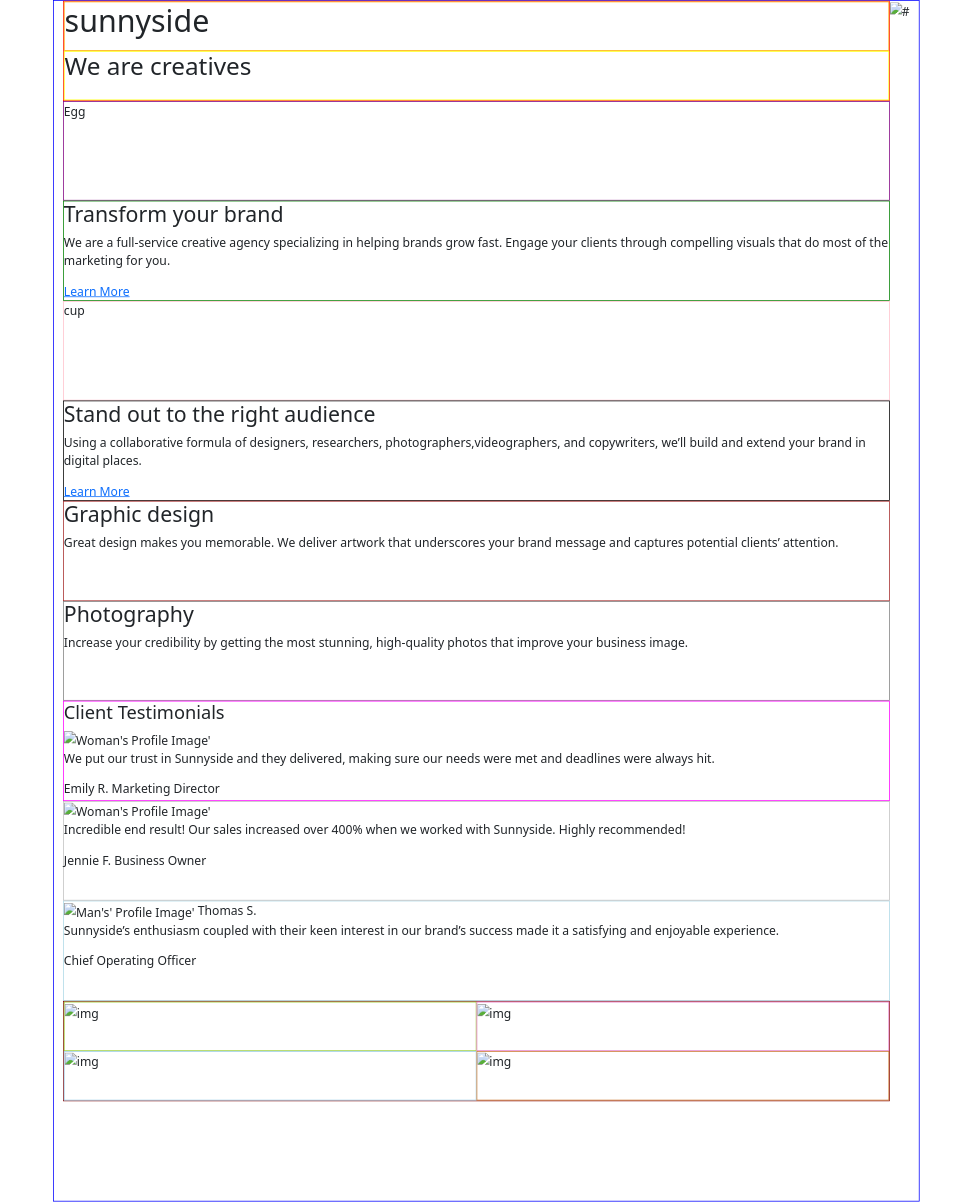
Repository: Roshanell/Sunny-Side-Agency
Page: index.html
An editor plug-in stored every save of this project. The page is shown before and after a run of saves, followed by the edit.
The browser window is 1280 px wide. The pictures show the whole page, at 76% of full size.

Above is the page before, as saved 2022-07-01 12:50:48.

### index.html
<!doctype html>
<html lang="en">

  <head>
    <meta charset="utf-8">
    <meta name="viewport" content="width=device-width, initial-scale=1">
    <title>Sunny Side Agency</title>
    <link href="https://cdn.jsdelivr.net/npm/bootstrap@5.2.0-beta1/dist/css/bootstrap.min.css" rel="stylesheet"
      integrity="sha384-0evHe/X+R7YkIZDRvuzKMRqM+OrBnVFBL6DOitfPri4tjfHxaWutUpFmBp4vmVor" crossorigin="anonymous">
    <link href="https://fonts.googleapis.com/icon?family=Material+Icons" rel="stylesheet">
    <link rel="stylesheet" href="css/style.css">
  </head>

  <body>
    <div class="container">
      <div class="homePage">
        <div class="header">
          <h1>sunnyside</h1>
        </div>
        <div class="homeContent">
          <h2>We are creatives</h2>
        </div>
      </div>

      <div class="eggArea">
        <p>Egg</p>
      </div>

      <div class="aboutUsInfo">
        <h3>
          Transform your brand
        </h3>
        <p>We are a full-service creative agency specializing in helping brands grow fast. Engage your clients through
          compelling visuals that do most of the marketing for you. </p>
        <span><a href="#">Learn More</a></span>
      </div>

      <div class="cupImage">
        <p>cup</p>
      </div>

      <div class="standOutInfo">
        <h3>Stand out to the right audience</h3>
        <p> Using a collaborative formula of designers, researchers,
          photographers,videographers, and copywriters, we’ll build and extend your brand in digital places. </p>

        <span><a href="#">Learn More</a></span>
      </div>
      <div class="graphicDesign">
        <h3> Graphic design</h3>
        <p>
          Great design makes you memorable. We deliver artwork that underscores your brand message and captures
          potential clients’ attention.
          <!-- background img with words overlay -->
        </p>
      </div>
      <div class="orangeImage">
        <h3>Photography</h3>
        <p> Increase your credibility by getting the most stunning, high-quality photos that improve your business
          image. </p>
        <!-- background img with words overlay -->
      </div>
      <div class="testimonialOne">
        <h4>Client Testimonials</h4>
        <img src="#" alt="Woman's Profile Image'">
        <p>We put our trust in Sunnyside and they delivered, making sure our needs were met and deadlines were always
          hit.</p>
        <span>Emily R.</span>
        <span>Marketing Director</span>
      </div>
      <div class="testimonialThree">
        <img src="#" alt="Man's' Profile Image'">
        <span>Thomas S.</span>
        <p>Sunnyside’s enthusiasm coupled with their keen interest in our brand’s success made it a satisfying and
          enjoyable experience.</p>
        <span>Chief Operating Officer</span>
      </div>
      <div class="testimonialTwo">
        <img src="#" alt="Woman's Profile Image'">
        <p>Incredible end result! Our sales increased over 400% when we worked with Sunnyside. Highly recommended!</p>
        <span>Jennie F.</span>
        <span>Business Owner</span>
      </div>
      <div class="fourImgs">
        <div class="imgOne">
          <img src="#" alt="img">
        </div>
        <div class="imgTwo">
          <img src="#" alt="img">
        </div>
        <div class="imgThree">
          <img src="#" alt="img">
        </div>
        <div class="imgFour">
          <img src="#" alt="img">
        </div>
      </div>

      <div class="footer">
        <!-- <h1>sunnyside</h1>
        <span>About</span>
        <span>ser</span>
        <span>About</span> -->
      </div>
      <div class="logo">
        <div class="fbIcon">
          <img src="#" alt="#">
        </div>
        <div class="twiterIcon"></div>
        <div class="igIcon"></div>
        <div class="pinterest"></div>
      </div>
    </div>




    <!-- Home
Profile
About
Contacts
  -->




    <script src="https://cdn.jsdelivr.net/npm/bootstrap@5.2.0-beta1/dist/js/bootstrap.bundle.min.js"
      integrity="sha384-pprn3073KE6tl6bjs2QrFaJGz5/SUsLqktiwsUTF55Jfv3qYSDhgCecCxMW52nD2" crossorigin="anonymous"
      type="text/javascript" src="js/main.js">


      </script>

  </body>

</html>

### css/style.css
/* Box Model Hack */
* {
  -moz-box-sizing: border-box;
}

/* Clear fix hack */
.clearfix:after {
  content: ".";
  display: block;
  clear: both;
  visibility: hidden;
  line-height: 0;
  height: 0;
}

.clear {
  clear: both;
}

/******************************************
/* BASE STYLES
/*******************************************/

body {
}

/******************************************
/* LAYOUT
/*******************************************/
.container {
  border: solid 1px blue;
  display: grid;
  grid-template-columns: 1fr;
  grid-template-rows: 1fr 1fr 1fr 1fr 1fr 1fr 1fr 1fr 1fr 1fr 1fr 1fr;
  gap: 0px 0px;
  grid-auto-flow: column dense;
  grid-template-areas:
    "homePage"
    "eggArea"
    "aboutUsInfo"
    "cupImage"
    "standOutInfo"
    "graphicDesign"
    "orangeImage"
    "testimonialOne"
    "testimonialTwo"
    "testimonialThree"
    "fourImgs"
    "footer";
}

.homePage {
  border: solid 1px red;
  display: grid;
  grid-template-columns: 1fr;
  grid-template-rows: 1fr 1fr;
  gap: 0px 0px;
  grid-auto-flow: row;
  grid-template-areas:
    "header"
    "homeContent";
  grid-area: homePage;
}

.header {
  border: solid 1px orange;
  grid-area: header;
}

.homeContent {
  border: solid 1px yellow;
  grid-area: homeContent;
}

.eggArea {
  border: solid 1px purple;
  grid-area: eggArea;
}

.aboutUsInfo {
  border: solid 1px green;
  grid-area: aboutUsInfo;
}

.cupImage {
  border: solid 1px pink;
  grid-area: cupImage;
}

.standOutInfo {
  border: solid 1px black;
  grid-area: standOutInfo;
}

.graphicDesign {
  border: solid 1px brown;
  grid-area: graphicDesign;
}

.orangeImage {
  border: solid 1px gray;
  grid-area: orangeImage;
}

.testimonialOne {
  border: solid 1px fuchsia;
  grid-area: testimonialOne;
}

.testimonialThree {
  border: solid 1px lightblue;
  grid-area: testimonialThree;
}

.testimonialTwo {
  border: solid 1px silver;
  grid-area: testimonialTwo;
}

.fourImgs {
  border: solid 1px maroon;
  display: grid;
  grid-template-columns: 1fr 1fr;
  grid-template-rows: 1fr 1fr;
  gap: 0px 0px;
  grid-template-areas:
    "imgOne imgThree"
    "imgTwo imgFour";
  grid-area: fourImgs;
}

.imgOne {
  border: solid 1px yellowgreen;
}
.imgTwo {
  border: solid 1px rgb(228, 122, 199);
}
.imgThree {
  border: solid 1px rgb(158, 207, 232);
}
.imgFour {
  border: solid 1px rgb(205, 122, 50);
}
.logo {
  display: flex;
  flex-direction: row;
  flex-wrap: nowrap;
  justify-content: space-between;
}
.footer {
  /* border: solid 1px blue;
  display: grid;
  grid-auto-flow: column dense;
  grid-template-columns: 1fr 1fr 1fr;
  grid-template-rows: 1fr 1fr 1fr;
  gap: 0px 0px;
  grid-template-areas:
    ". logoName ."
    "about services projects"
    ". logo .";
  grid-area: footer;
}
.logoName {
  grid-area: logoName;
}
.about {
  grid-area: about;
}
.services {
  display: grid;
  grid-template-columns: 1fr 1fr 1fr;
  grid-template-rows: 1fr 1fr 1fr;
  gap: 0px 0px;
  grid-area: services;
}
.projects {
  grid-area: projects;
}
.logo {
  display: grid;
  grid-template-columns: 1fr 1fr 1fr 1fr;
  grid-template-rows: 1fr;
  gap: 0px 0px;
  grid-template-areas: "fbIcon igIcon twitterIcon pinterest";
  grid-area: logo; */
}
/*
.fbIcon{
    border: solid 1px silver;
    grid-area: fbIcon;
}
.igIcon{
  border: solid 1px red;
  grid-area: fbIcon;
}
.twitterIcon{
  border: solid 1px midnightblue;
  grid-area: twitterIcon;
}
.pinterest{
  border: solid 1px plum;
  grid-area: pinterest;
} */

/******************************************
/* ADDITIONAL STYLES
/*******************************************/

After the next 5 saves:
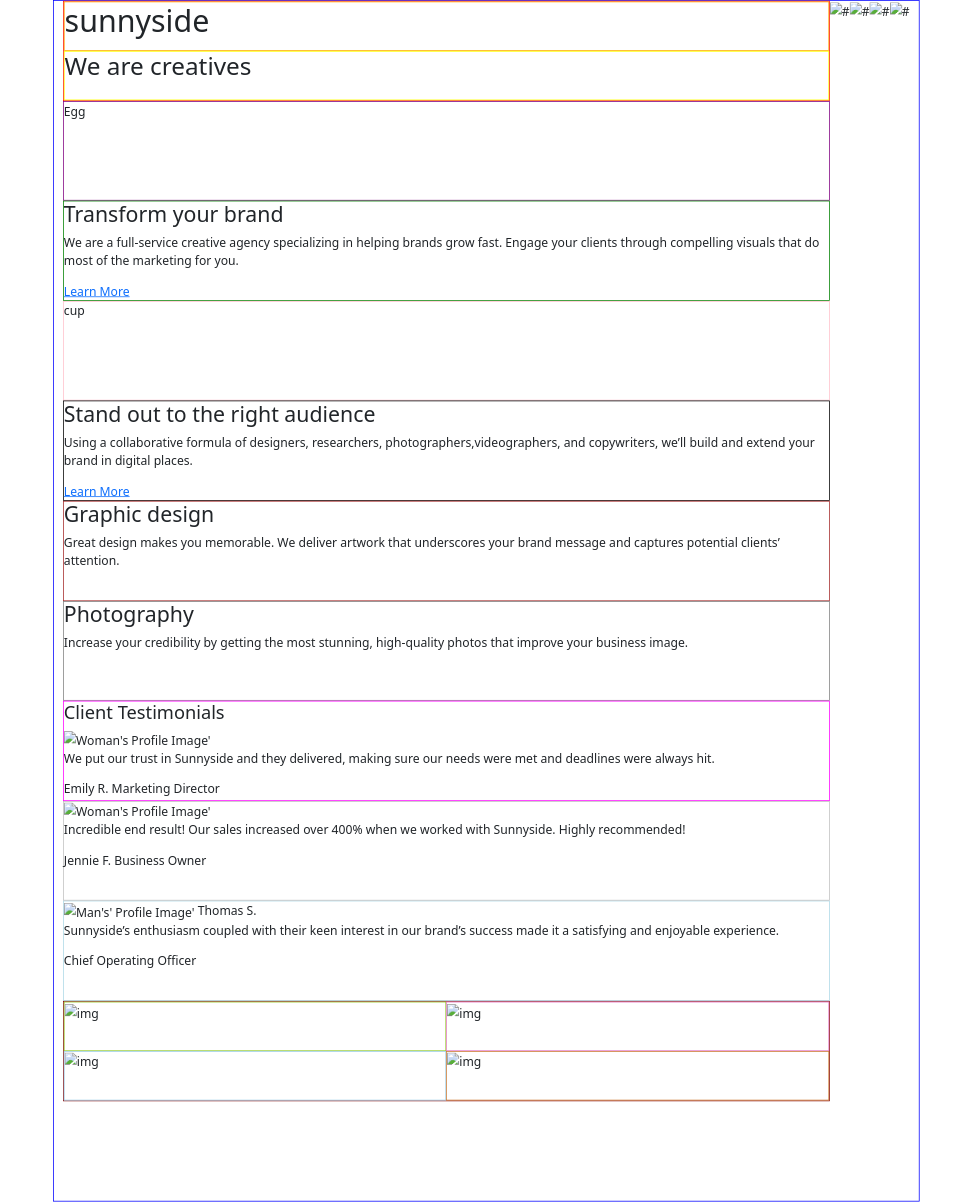
The 5 saves are shown as one change because they came seconds apart.
The last was saved 16 s later.
--- a/index.html
+++ b/index.html
@@ -106,9 +106,15 @@
         <div class="fbIcon">
           <img src="#" alt="#">
         </div>
-        <div class="twiterIcon"></div>
-        <div class="igIcon"></div>
-        <div class="pinterest"></div>
+        <div class="twiterIcon">
+          <img src="#" alt="#">
+        </div>
+        <div class="igIcon">
+          <img src="#" alt="#">
+        </div>
+        <div class="pinterest">
+          <img src="#" alt="#">
+        </div>
       </div>
     </div>
 
